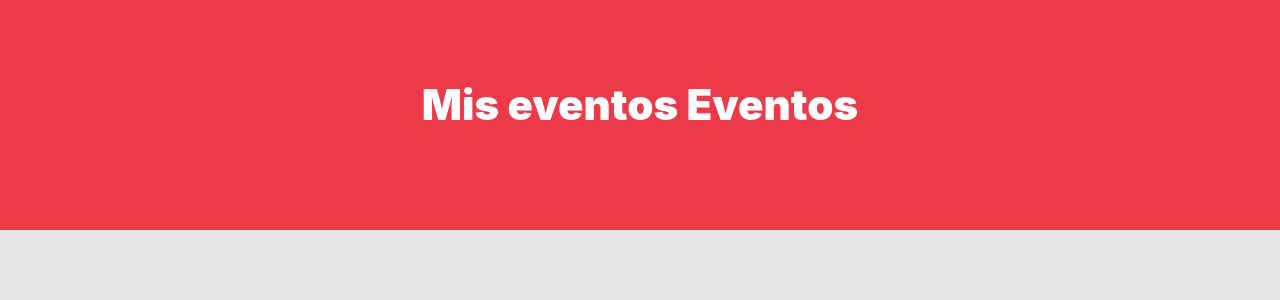
Repository: harrycampaz/eventos-reactjs
Page: /
The author's editor kept a copy of each file at every save. The page is drawn from the files as they stood at one save, then again after a run of saves.
The browser window is 1280 px wide. The pictures show the whole page.
The page's requests for data from a server got no answer. Some web libraries are served in a nearby version. The project was rebuilt for these pictures with package versions that can differ from the ones it lists, and the page was loaded fresh each time. No one was signed in, and anything a server would have sent is missing.

Above is the page before, as saved 2020-01-17 15:43:57.

After the next 2 saves:
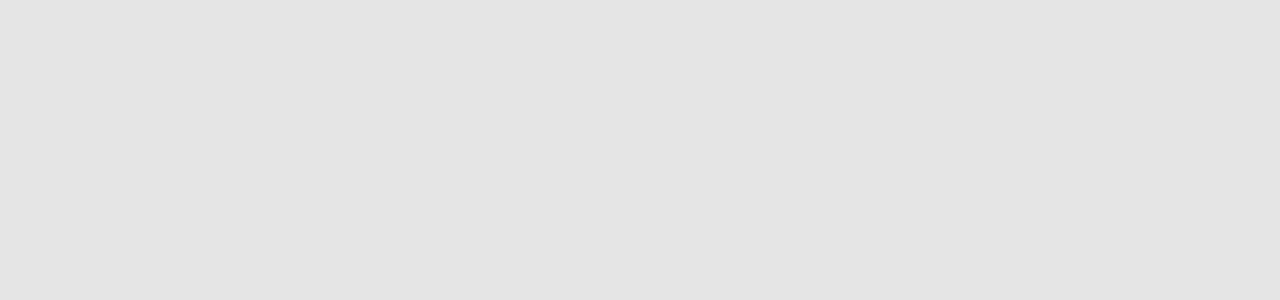
The 2 saves are shown as one change because they came seconds apart.
The last was saved 63 s later.
--- a/src/App.js
+++ b/src/App.js
@@ -5,9 +5,9 @@
 
 function App() {
   return (
-    <Fragment>
+    <CategoriesProvider>
       <Header/>
-    </Fragment>
+    </CategoriesProvider>
   );
 }
 

After the save that followed:
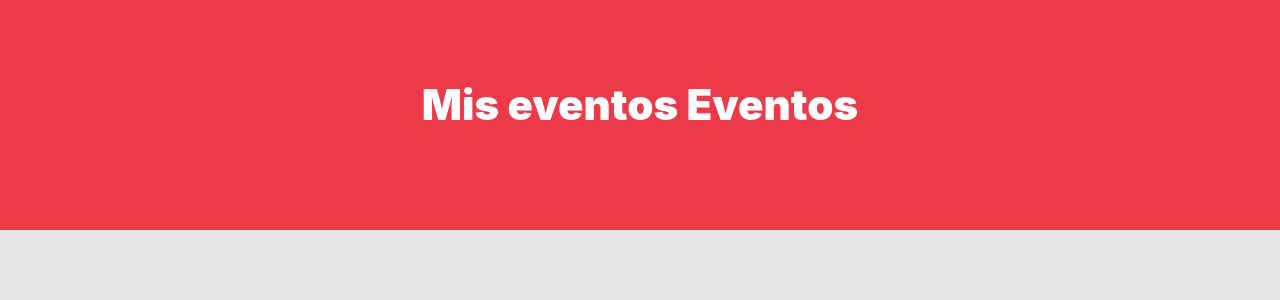
Saved 38 s later.
--- a/src/context/CategoriesContext.js
+++ b/src/context/CategoriesContext.js
@@ -35,6 +35,8 @@
           }}
           >
 
+              {this.props.children}
+
           </CategoriesContext.Provider>
         );
     }
